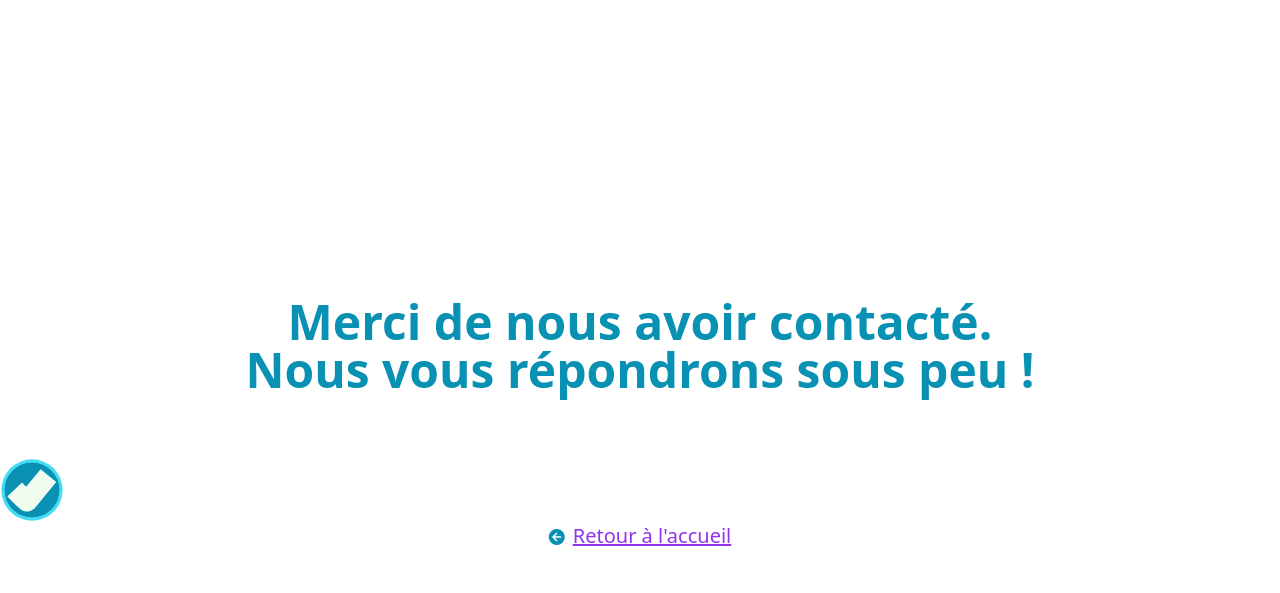
Repository: CarmenFerlatte/TP3__FerlatteCarmen
Page: confirmation.html
The author's editor kept a copy of each file at every save. The page is drawn from the files as they stood at one save, then again after the next save.
The browser window is 1280 px wide. The pictures show the whole page.
Some web libraries are served in a nearby version. The style sheet was rebuilt from its Sass, Less or Tailwind sources for each picture, by a compiler version that may differ from the author's.

Above is the page before, as saved 2024-08-29 13:07:40.

After the next save:
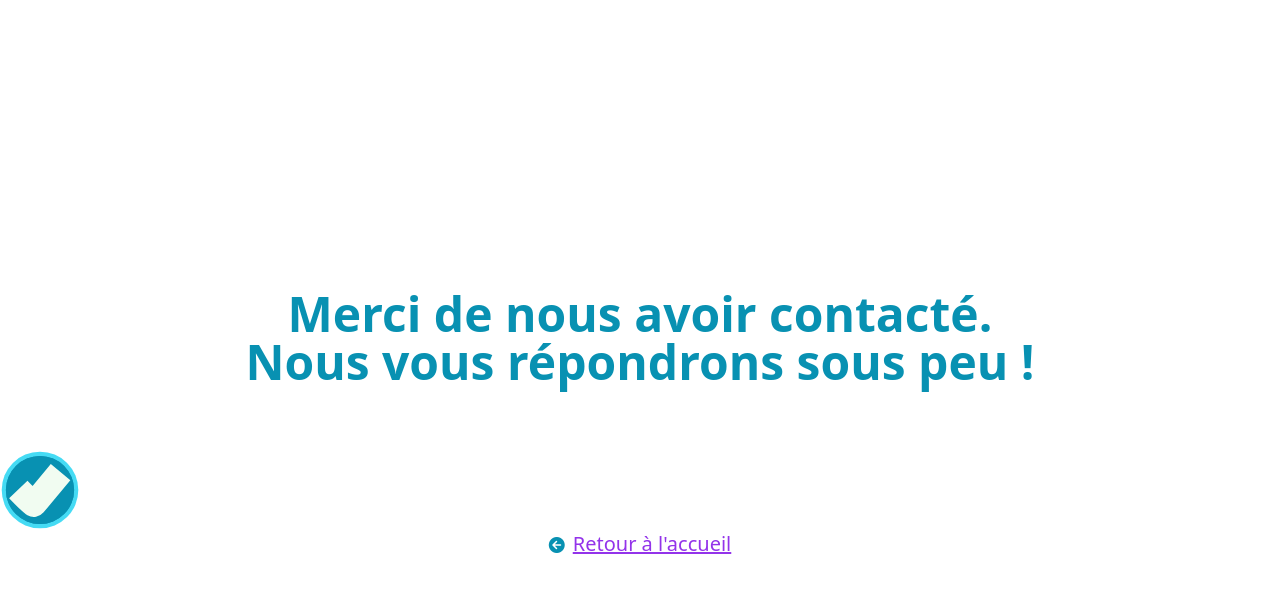
Saved 8 s later.
--- a/confirmation.html
+++ b/confirmation.html
@@ -24,7 +24,7 @@
             <div class="container">
                 <div class="col-12 text-center">
                     <h1 class="text-center text-3xl lg:text-4xl xl:text-5xl font-bold pt-32 pb-4 md:pb-16 text-cyan-600">Merci de nous avoir contacté.<br> Nous vous répondrons sous peu !</h1>
-                    <img class="w-16 fill-cyan-600 items-center" src="img/icons/confirmation.svg" alt="Illustration de confirmation" class="w-1/2 mx-auto">
+                    <img class="w-20 fill-cyan-600 items-center" src="img/icons/confirmation.svg" alt="Illustration de confirmation" class="w-1/2 mx-auto">
                     <i class="fa fa-arrow-circle-left pr-2 style-cyan" aria-hidden="true"></i><a class="cursor-pointer text-xl text-purple-600 underline hover:no-underline hover:text-pink-500" href="index.html" title="Retour à la page d'accueil">Retour à l'accueil</a>
                 </div>
             </div>
